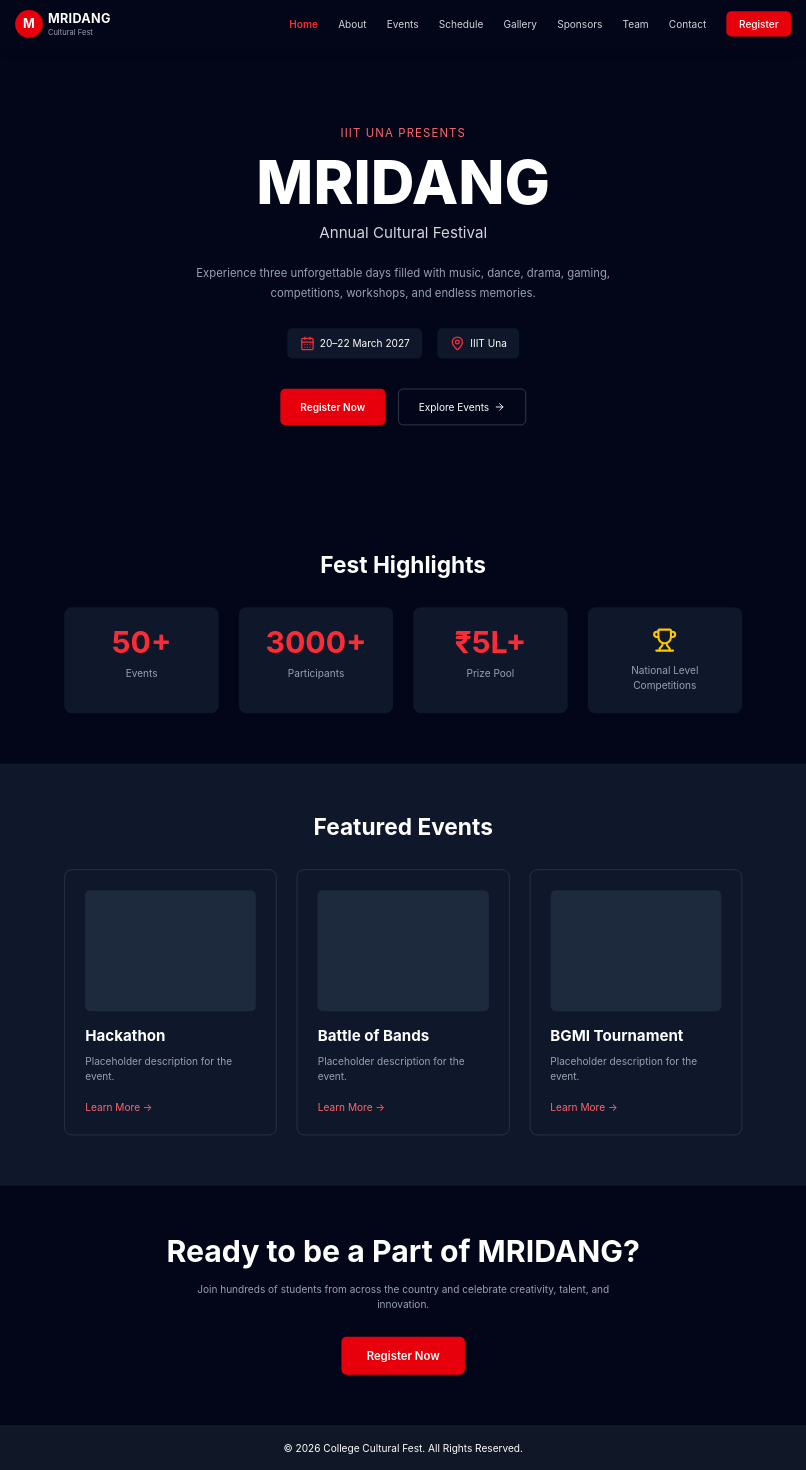
Repository: mridang-iiitu/Mridang-2k26
Page: /
The author's editor kept a copy of each file at every save. The page is drawn from the files as they stood at one save, then again after a run of saves.
The browser window is 1280 px wide. The pictures show the whole page, at 63% of full size.
The project was rebuilt for these pictures with package versions that can differ from the ones it lists, and the page was loaded fresh each time. Also part of the build but not shown: vite.config.js, src/pages/About.jsx, src/pages/Events.jsx, src/pages/Schedule.jsx, src/pages/Gallery.jsx, src/pages/Sponsors.jsx, src/pages/Team.jsx, src/pages/Contact.jsx.

Above is the page before, as saved 2026-08-03 13:43:35.

### src/index.css
@import "tailwindcss";

html {
  scroll-behavior: smooth;
}

body {
  margin: 0;
  padding: 0;
  font-family: Inter, "Segoe UI", sans-serif;
  background: #020617;
  color: white;
}

* {
  box-sizing: border-box;
}

section {
  padding: 80px 8%;
}

::-webkit-scrollbar {
  width: 10px;
}

::-webkit-scrollbar-track {
  background: #0f172a;
}

::-webkit-scrollbar-thumb {
  background: #ef4444;
  border-radius: 10px;
}

::-webkit-scrollbar-thumb:hover {
  background: #dc2626;
}

::selection {
  background: #ef4444;
  color: white;
}

### src/App.jsx
import { BrowserRouter, Routes, Route } from "react-router-dom";

import Navbar from "./components/Navbar";
import Footer from "./components/Footer";

import Home from "./pages/Home";
import About from "./pages/About";
import Events from "./pages/Events";
import Schedule from "./pages/Schedule";
import Gallery from "./pages/Gallery";
import Sponsors from "./pages/Sponsors";
import Team from "./pages/Team";
import Contact from "./pages/Contact";

export default function App() {
  return (
    <BrowserRouter>
      <Navbar />

      <Routes>
        <Route path="/" element={<Home />} />
        <Route path="/about" element={<About />} />
        <Route path="/events" element={<Events />} />
        <Route path="/schedule" element={<Schedule />} />
        <Route path="/gallery" element={<Gallery />} />
        <Route path="/sponsors" element={<Sponsors />} />
        <Route path="/team" element={<Team />} />
        <Route path="/contact" element={<Contact />} />
      </Routes>

      <Footer />
    </BrowserRouter>
  );
}

### src/components/Navbar.jsx
import { Link, NavLink } from "react-router-dom";
import { Menu, X } from "lucide-react";
import { useState } from "react";

export default function Navbar() {
  const [isOpen, setIsOpen] = useState(false);

  const navItems = [
    { name: "Home", path: "/" },
    { name: "About", path: "/about" },
    { name: "Events", path: "/events" },
    { name: "Schedule", path: "/schedule" },
    { name: "Gallery", path: "/gallery" },
    { name: "Sponsors", path: "/sponsors" },
    { name: "Team", path: "/team" },
    { name: "Contact", path: "/contact" },
  ];

  return (
    <nav className="sticky top-0 z-50 bg-slate-950 text-white shadow-lg">
      <div className="mx-auto flex max-w-7xl items-center justify-between px-6 py-4">

        {/* Logo */}
        <Link to="/" className="flex items-center gap-2">
          <div className="flex h-11 w-11 items-center justify-center rounded-full bg-red-600 text-xl font-bold">
            M
          </div>

          <div>
            <h1 className="text-xl font-bold tracking-wide">
              MRIDANG
            </h1>
            <p className="text-xs text-gray-400">
              Cultural Fest
            </p>
          </div>
        </Link>

        {/* Desktop Menu */}
        <div className="hidden items-center gap-8 md:flex">
          {navItems.map((item) => (
            <NavLink
              key={item.name}
              to={item.path}
              className={({ isActive }) =>
                `transition duration-300 ${
                  isActive
                    ? "text-red-500 font-semibold"
                    : "text-gray-300 hover:text-red-400"
                }`
              }
            >
              {item.name}
            </NavLink>
          ))}

          <button className="rounded-lg bg-red-600 px-5 py-2 font-medium transition hover:bg-red-700">
            Register
          </button>
        </div>

        {/* Mobile Menu Button */}
        <button
          className="md:hidden"
          onClick={() => setIsOpen(!isOpen)}
        >
          {isOpen ? <X size={28} /> : <Menu size={28} />}
        </button>
      </div>

      {/* Mobile Menu */}
      {isOpen && (
        <div className="space-y-4 border-t border-slate-800 bg-slate-900 px-6 py-5 md:hidden">
          {navItems.map((item) => (
            <NavLink
              key={item.name}
              to={item.path}
              onClick={() => setIsOpen(false)}
              className={({ isActive }) =>
                `block ${
                  isActive
                    ? "text-red-500 font-semibold"
                    : "text-gray-300"
                }`
              }
            >
              {item.name}
            </NavLink>
          ))}

          <button className="mt-3 w-full rounded-lg bg-red-600 py-2 font-semibold hover:bg-red-700">
            Register
          </button>
        </div>
      )}
    </nav>
  );
}

### src/components/Footer.jsx
export default function Footer() {
  return (
    <footer className="bg-gray-900 text-white text-center py-6">
      <p>© 2026 College Cultural Fest. All Rights Reserved.</p>
    </footer>
  );
}

### src/pages/Home.jsx
import { CalendarDays, MapPin, Trophy, ArrowRight } from "lucide-react";

export default function Home() {
  return (
    <main className="bg-slate-950 text-">

      {/* Hero Section */}
      <section className="flex min-h-screen items-center justify-center px-6">
        <div className="max-w-7xl text-center">

          <p className="mb-4 text-lg text-red-400 tracking-widest uppercase">
            IIIT UNA Presents
          </p>

          <h1 className="text-6xl font-extrabold md:text-8xl">
            MRIDANG
          </h1>

          <p className="mt-4 text-2xl text-gray-300">
            Annual Cultural Festival
          </p>

          <p className="mx-auto mt-8 max-w-3xl text-lg leading-8 text-gray-400">
            Experience three unforgettable days filled with music, dance,
            drama, gaming, competitions, workshops, and endless memories.
          </p>

          <div className="mt-10 flex flex-wrap justify-center gap-6">

            <div className="flex items-center gap-2 rounded-lg bg-slate-900 px-5 py-3">
              <CalendarDays className="text-red-500" />
              20–22 March 2027
            </div>

            <div className="flex items-center gap-2 rounded-lg bg-slate-900 px-5 py-3">
              <MapPin className="text-red-500" />
              IIIT Una
            </div>

          </div>

          <div className="mt-12 flex justify-center gap-5">

            <button className="rounded-lg bg-red-600 px-8 py-4 font-semibold transition hover:bg-red-700">
              Register Now
            </button>

            <button className="flex items-center gap-2 rounded-lg border border-gray-600 px-8 py-4 hover:bg-slate-900">
              Explore Events
              <ArrowRight size={18} />
            </button>

          </div>

        </div>
      </section>

      {/* Highlights */}
      <section className="px-6 py-24">
        <div className="mx-auto max-w-7xl">

          <h2 className="mb-12 text-center text-4xl font-bold">
            Fest Highlights
          </h2>

          <div className="grid gap-8 md:grid-cols-4">

            <div className="rounded-xl bg-slate-900 p-8 text-center">
              <h3 className="text-5xl font-bold text-red-500">50+</h3>
              <p className="mt-3 text-gray-400">Events</p>
            </div>

            <div className="rounded-xl bg-slate-900 p-8 text-center">
              <h3 className="text-5xl font-bold text-red-500">3000+</h3>
              <p className="mt-3 text-gray-400">Participants</p>
            </div>

            <div className="rounded-xl bg-slate-900 p-8 text-center">
              <h3 className="text-5xl font-bold text-red-500">₹5L+</h3>
              <p className="mt-3 text-gray-400">Prize Pool</p>
            </div>

            <div className="rounded-xl bg-slate-900 p-8 text-center">
              <Trophy className="mx-auto mb-4 text-yellow-400" size={40} />
              <p className="text-gray-400">National Level Competitions</p>
            </div>

          </div>

        </div>
      </section>

      {/* Featured Events */}
      <section className="px-6 py-20 bg-slate-900">

        <div className="mx-auto max-w-7xl">

          <h2 className="mb-12 text-center text-4xl font-bold">
            Featured Events
          </h2>

          <div className="grid gap-8 md:grid-cols-3">

            {[
              "Hackathon",
              "Battle of Bands",
              "BGMI Tournament",
            ].map((event) => (
              <div
                key={event}
                className="rounded-xl border border-slate-700 p-8 transition hover:border-red-500"
              >
                <div className="mb-6 h-48 rounded-lg bg-slate-800"></div>

                <h3 className="text-2xl font-bold">
                  {event}
                </h3>

                <p className="mt-3 text-gray-400">
                  Placeholder description for the event.
                </p>

                <button className="mt-6 text-red-400 hover:text-red-500">
                  Learn More →
                </button>

              </div>
            ))}

          </div>

        </div>

      </section>

      {/* CTA */}
      <section className="px-6 py-24 text-center">

        <h2 className="text-5xl font-bold">
          Ready to be a Part of MRIDANG?
        </h2>

        <p className="mx-auto mt-6 max-w-2xl text-gray-400">
          Join hundreds of students from across the country and celebrate
          creativity, talent, and innovation.
        </p>

        <button className="mt-10 rounded-lg bg-red-600 px-10 py-4 text-lg font-semibold hover:bg-red-700">
          Register Now
        </button>

      </section>

    </main>
  );
}

Loaded but not shown: index.html (common file); src/main.jsx (common file)

After the next 2 saves:
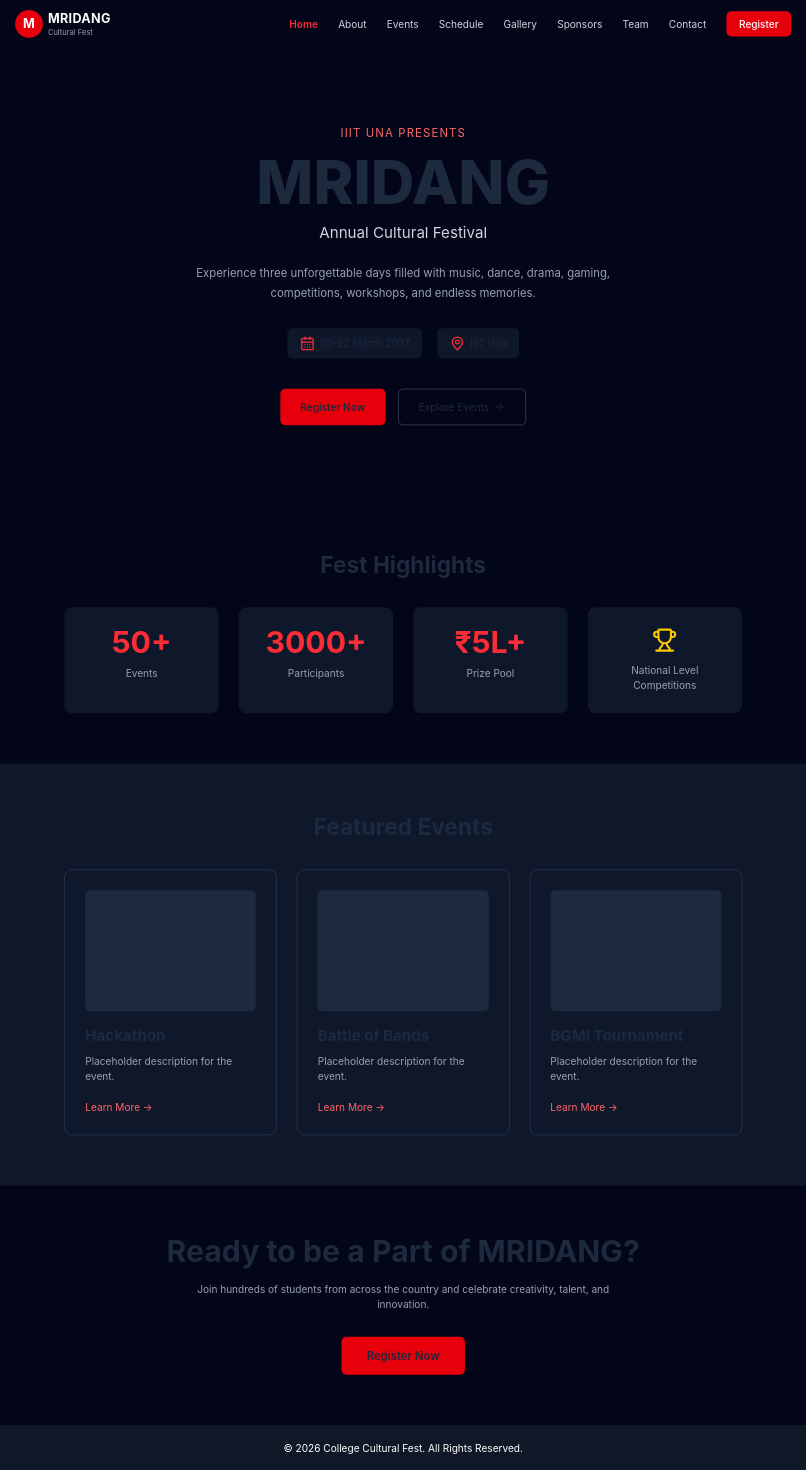
The 2 saves are shown as one change because they came seconds apart.
The last was saved 10 s later.
--- a/src/pages/Home.jsx
+++ b/src/pages/Home.jsx
@@ -2,7 +2,7 @@ import { CalendarDays, MapPin, Trophy, ArrowRight } from "lucide-react";
 
 export default function Home() {
   return (
-    <main className="bg-slate-950 text-">
+    <main className="bg-slate-950 text-slate-800">
 
       {/* Hero Section */}
       <section className="flex min-h-screen items-center justify-center px-6">
